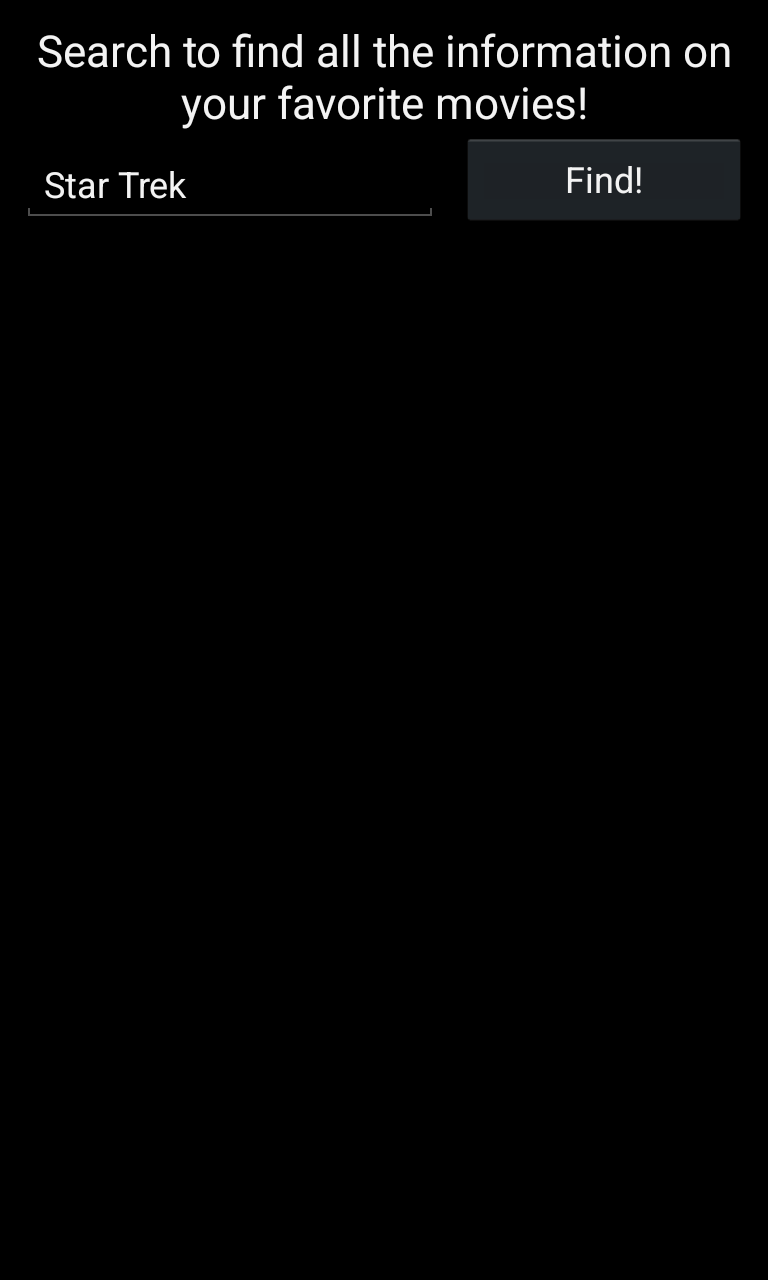
Repository: laurenelder/Java2_Elder
Layout: MovieLookup/res/layout/activity_main.xml
The author's editor kept a copy of each file at every save. The layout is drawn from the files as they stood at one save, then again after the next save.
It is drawn on a 768 x 1280 px phone screen (xhdpi) without system bars, with theme android:Theme.Holo; the app's code is not run. Lists and similar views that code fills are empty.

Above is the layout before, as saved 2014-07-18 00:47:18.

### MovieLookup/res/layout/activity_main.xml
<!-- MovieLookup -->
<!-- com.laurenelder.movielookup -->
<!-- Devin "Lauren" Elder -->
<!-- Jul 7, 2014 -->
<!-- Java 2 Term 1407 -->

<LinearLayout xmlns:android="http://schemas.android.com/apk/res/android"
    xmlns:tools="http://schemas.android.com/tools"
    android:id="@+id/container"
    android:layout_width="match_parent"
    android:layout_height="match_parent"
    android:orientation="vertical"
    tools:context="com.laurenelder.movielookup.MainActivity"
    tools:ignore="MergeRootFrame" >

    <TextView
        android:id="@+id/textView1"
        android:layout_width="wrap_content"
        android:layout_height="wrap_content"
        android:text="@string/title_text"
        android:textAppearance="?android:attr/textAppearanceLarge"
        android:layout_gravity="center"
        android:layout_marginTop="10dp"
        android:gravity="center" />

    <RelativeLayout
        android:layout_width="match_parent"
        android:layout_height="wrap_content" >

        <EditText
            android:id="@+id/searchField"
            android:layout_width="wrap_content"
            android:layout_height="wrap_content"
            android:layout_alignParentLeft="true"
            android:layout_alignParentTop="true"
            android:layout_marginLeft="10dp"
            android:layout_marginTop="7dp"
            android:hint="@string/search_hint"
            android:text="@string/search_hint"
            android:inputType="none"
            android:focusable="false"
            android:focusableInTouchMode="false"
            android:ems="10" >

            <requestFocus />
        </EditText>

        <Button
            android:id="@+id/findButton"
            android:layout_width="wrap_content"
            android:layout_height="wrap_content"
            android:layout_alignParentTop="true"
            android:layout_alignParentRight="true"
            android:layout_toRightOf="@+id/searchField"
            android:layout_marginRight="10dp"
            android:layout_marginLeft="10dp"
            android:text="@string/button_text" />

    </RelativeLayout>

    <ListView
        android:id="@+id/list"
        android:layout_width="match_parent"
        android:layout_height="wrap_content"
        android:layout_marginTop="15dp" >
    </ListView>

</LinearLayout>

### MovieLookup/res/values/strings.xml
<?xml version="1.0" encoding="utf-8"?>

<!-- MovieLookup -->
<!-- com.laurenelder.movielookup -->
<!-- Devin "Lauren" Elder -->
<!-- Jul 17, 2014 -->
<!-- Java 2 Term 1407 -->

<resources>

    <string name="app_name">Movie Lookup</string>
    <string name="hello_world">Hello world!</string>
    <string name="action_settings">Settings</string>
    <string name="title_text">Search to find all the information on your favorite movies!</string>
    <string name="button_text">Find!</string>
    <string name="search_hint">Star Trek</string>
    <string name="main_api">http://www.omdbapi.com/?s=Star%20Trek_r=JSON</string>
    <string name="pre_detail_api">http://www.omdbapi.com/?i=</string>
    <string name="post_detail_api">_r=JSON</string>
    <string name="input_notification">Please enter a movie you would like to search for.</string>
    <string name="connection_notification">Connection Error: Please check to make sure you have an internet connection.</string>
    <string name="searching_notification">We are searching for your movie</string>
    <string name="details_notification">We are finding the details for your movie</string>
    <string name="file_name">apiJSONdata.txt</string>
    <string name="detail_file_name">.txt</string>
    <string name="n_a">Not Applicable</string>
    <string name="year_str">Year:</string>
    <string name="rated_str">Rated:</string>
    <string name="released_str">Date Released:</string>
    <string name="runtime_str">Runtime:</string>
    <string name="genre_str">Genre:</string>
    <string name="director_str">Director:</string>
    <string name="actor_str">Actors:</string>
    <string name="awards_str">Awards:</string>
    <string name="score_str">Metacritic Score:</string>
    <string name="image_hint">(Click Image for Larger Image)</string>
    <string name="image_desciption">Movie Poster</string>
    <string name="alert_title">Favorite Notification</string>
    <string name="alert_favMovie"> is now a favorite</string>
    <string name="alert_notFavMovie"> is not a favorite</string>
    <string name="alert_favRating">Rating Bar returned:</string>

</resources>

After the next save:
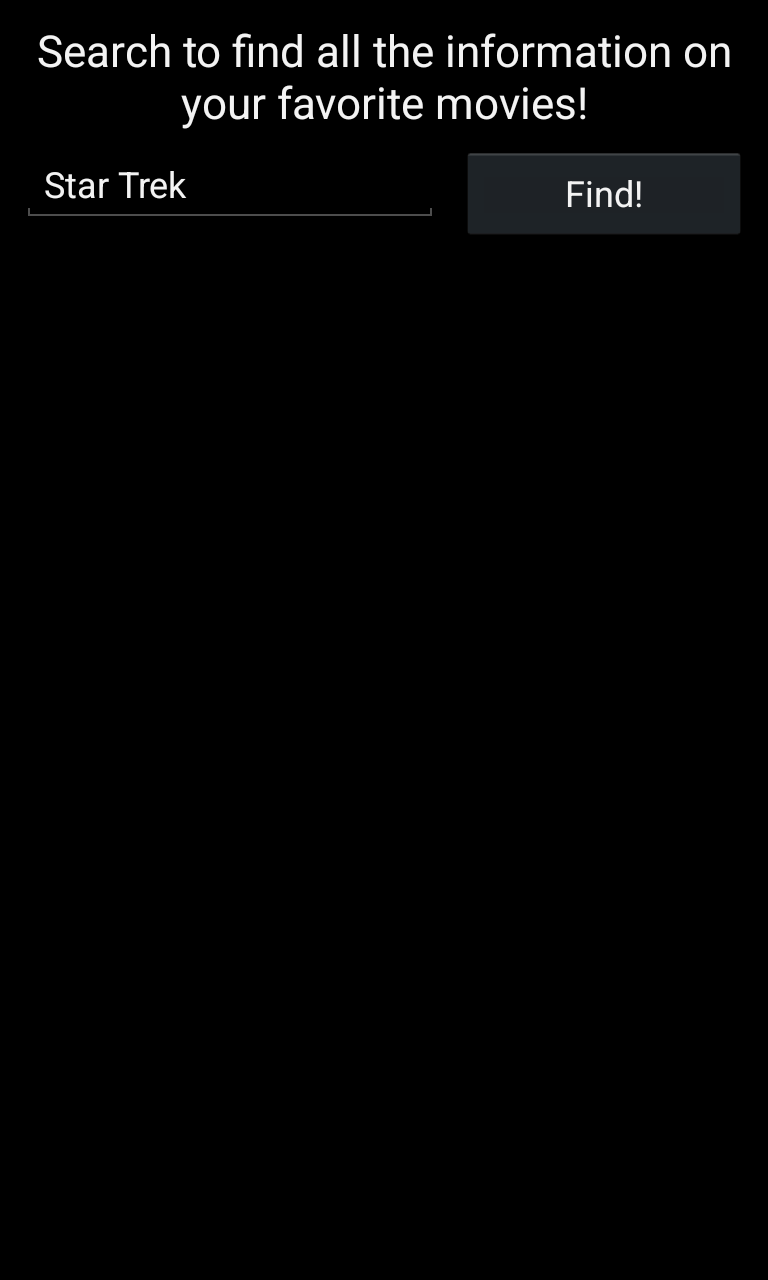
Saved 101 s later.
--- a/MovieLookup/res/layout/activity_main.xml
+++ b/MovieLookup/res/layout/activity_main.xml
@@ -52,6 +52,7 @@
             android:layout_alignParentTop="true"
             android:layout_alignParentRight="true"
             android:layout_toRightOf="@+id/searchField"
+            android:layout_marginTop="7dp"
             android:layout_marginRight="10dp"
             android:layout_marginLeft="10dp"
             android:text="@string/button_text" />
